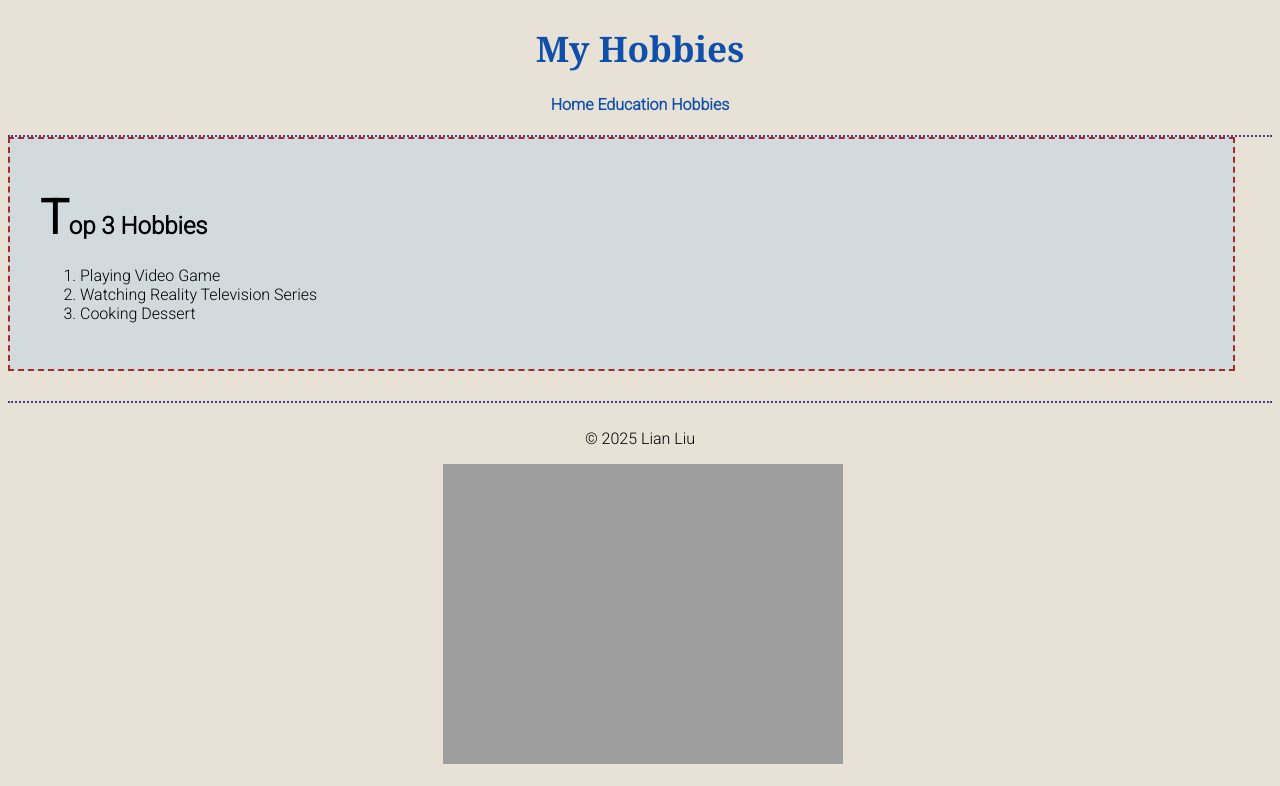
Repository: liulian26/CS5610
Page: assignment-1-liulian26/pages/hobbies.html
An editor plug-in stored every save of this project. The page is shown before and after the next save, followed by the edit.
The browser window is 1280 px wide. The pictures show the whole page.
Pictures or frames that could not be fetched are drawn as grey boxes.

Above is the page before, as saved 2025-02-01 00:42:59.

### assignment-1-liulian26/pages/hobbies.html
<!DOCTYPE html>
<html lang="en">
<head>
    <meta charset="UTF-8">
    <meta name="viewport" content="width=device-width, initial-scale=1.0">
    <title>Hobbies - My Portfolio</title>
    <link rel="stylesheet" href="../css/styles.css">
    <link rel="icon" href="../images/favicon.ico" type="image/x-icon">
</head>
<body>
    <header>
        <h1>My Hobbies</h1>
        <nav>
            <ul>
                <li><a href="../index.html">Home</a></li>
                <li><a href="education.html">Education</a></li>
                <li><a href="hobbies.html">Hobbies</a></li>
            </ul>
        </nav>
    </header>

    <main>
        <section>
            <h2>Top 3 Hobbies</h2>
            <ol>
                <li>Playing Video Game</li>
                <li>Watching Reality Television Series</li>
                <li>Cooking Dessert</li>
            </ol>
        </section>

    </main>

    <footer>
        <p>&copy; 2025 Lian Liu</p>
        <a href="https://github.com/liulian26" target="_blank">
            <i class="fab fa-github"></i>
        </a>
        <a href="mailto:liu.lian1@northeastern.edu">
            <i class="fas fa-envelope"></i>
        </a>
    </footer>
</body>
</html>

### assignment-1-liulian26/css/styles.css
@import url('https://fonts.googleapis.com/css2?family=Roboto:wght@300&display=swap');

header {
    text-align: center;
    border-bottom: 2px dotted darkslateblue;
    padding-bottom: 5px;

}

#role {
    font-weight: bold;
}

h1 {
    color: #1050aa;
    font-family: Georgia, 'Times New Roman', Times, serif;
    font-size: 2.2em;
}

nav ul {
    list-style-type: none;
    padding: 0;
    text-align: center;
}

nav ul li {
    display: inline;
    margin-right: 0 20px;
}

nav ul li a {
    text-decoration: none;
    color: #1050aa;
    font-weight: bold;
}

nav ul li a:hover {
    color: crimson;
}

main {
    width: 80%;
    margin: 20 auto;
}

section {
    border: 2px dashed brown;
    padding: 30px;
    margin-bottom: 30px;
    background-color: rgba(126, 191, 251, 0.2);
    width: 115%;
}

body {
    background-color: rgb(231, 225, 214);
    font-family: 'Roboto', sans-serif;
}

h2::first-letter {
    font-size: 3rem;
}

img {
    max-width: 26%;
    height: auto;
    display: block;
    margin: 10px auto;
}

figure {
    text-align: center;
}

figcaption {
    font-style: italic;
    color: goldenrod;
}

footer {
    text-align: center;
    padding: 10px;
    border-top: 2px dotted darkslateblue;
}

.projects {
    border: 2px dashed brown;
    margin: 10px 0;
}

a[href*="github"]:hover {
    color: crimson;
}

a[href*="github"]::after {
    content: url(../images/GitHub-Mark-32px.png);
    margin-left: 5px;
    vertical-align: middle;
}


header a:visited {
    color: rgb(237, 122, 127);
}

After the next save:
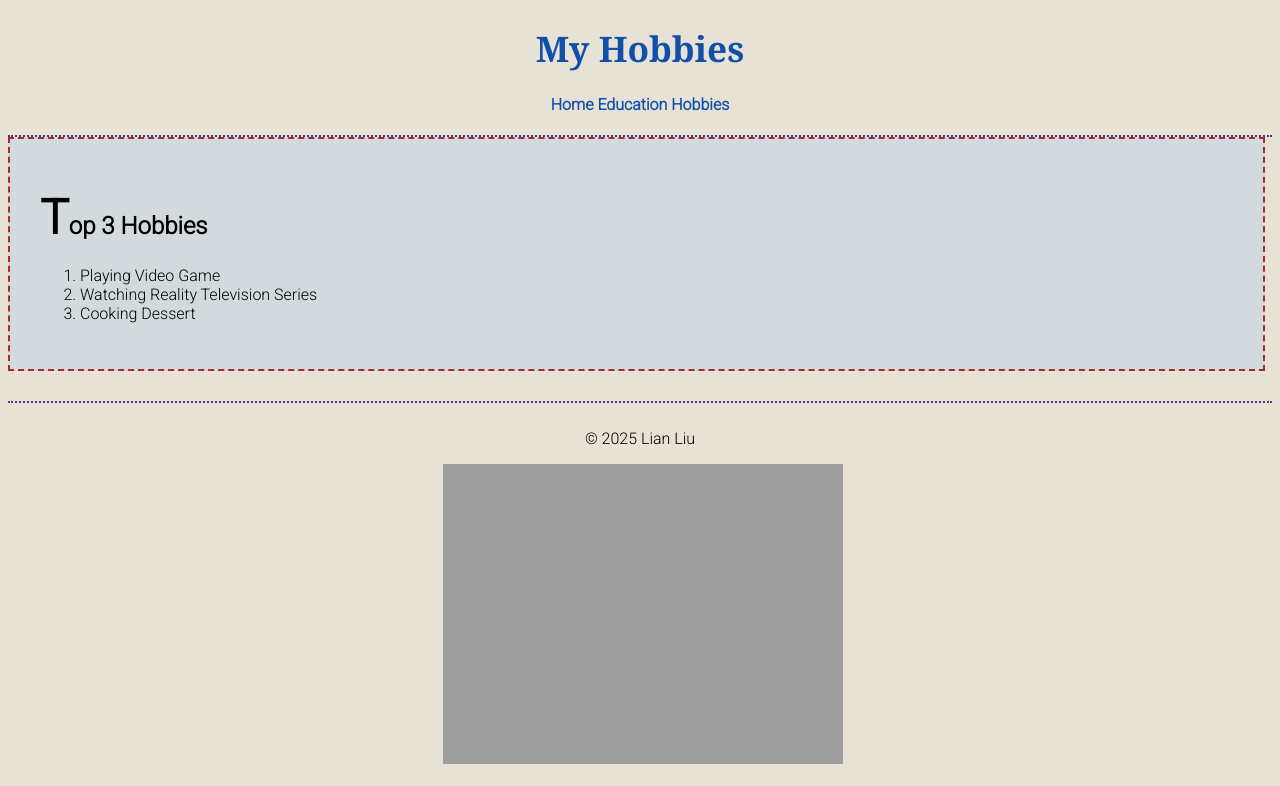
Saved 7 s later.
--- a/assignment-1-liulian26/css/styles.css
+++ b/assignment-1-liulian26/css/styles.css
@@ -48,7 +48,7 @@ section {
     padding: 30px;
     margin-bottom: 30px;
     background-color: rgba(126, 191, 251, 0.2);
-    width: 115%;
+    width: 118%;
 }
 
 body {
